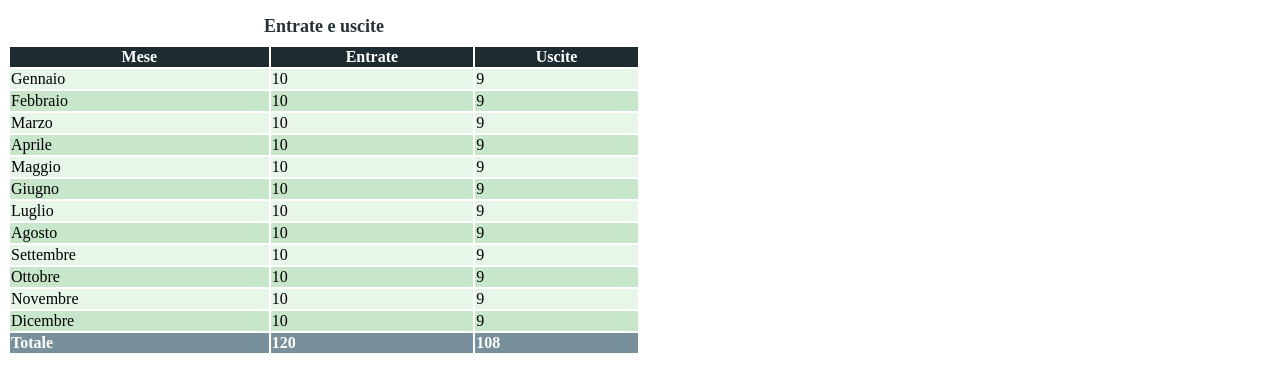
Repository: CryptoFamilyNFT/develhope
Page: css/tabellaCSS/index.html
An editor plug-in stored every save of this project. The page is shown before and after the next save, followed by the edit.
The browser window is 1280 px wide. The pictures show the whole page.

Above is the page before, as saved 2024-11-08 12:04:08.

### css/tabellaCSS/index.html
<!DOCTYPE html>
<html>

<head>
    <meta http-equiv="X-UA-Compatible" content="IE=edge" />
    <meta charset="utf-8" />
    <meta name="viewport" content="width=device-width, initial-scale=1.0, maximum-scale=1.0, user-scalable=no" />
    <title>Lezione CSS</title>
    <link rel="stylesheet" href="style.css" />
</head>

<body>
    <table>
        <caption>Entrate e uscite</caption>
        <thead>
            <tr>
                <th>Mese</th>
                <th>Entrate</th>
                <th>Uscite</th>
            </tr>
        </thead>
        <tbody>
            <tr>
                <td>Gennaio</td>
                <td>10</td>
                <td>9</td>
            </tr>
            <tr>
                <td>Febbraio</td>
                <td>10</td>
                <td>9</td>
            </tr>
            <tr>
                <td>Marzo</td>
                <td>10</td>
                <td>9</td>
            </tr>
            <tr>
                <td>Aprile</td>
                <td>10</td>
                <td>9</td>
            </tr>
            <tr>
                <td>Maggio</td>
                <td>10</td>
                <td>9</td>
            </tr>
            <tr>
                <td>Giugno</td>
                <td>10</td>
                <td>9</td>
            </tr>
            <tr>
                <td>Luglio</td>
                <td>10</td>
                <td>9</td>
            </tr>
            <tr>
                <td>Agosto</td>
                <td>10</td>
                <td>9</td>
            </tr>
            <tr>
                <td>Settembre</td>
                <td>10</td>
                <td>9</td>
            </tr>
            <tr>
                <td>Ottobre</td>
                <td>10</td>
                <td>9</td>
            </tr>
            <tr>
                <td>Novembre</td>
                <td>10</td>
                <td>9</td>
            </tr>
            <tr>
                <td>Dicembre</td>
                <td>10</td>
                <td>9</td>
            </tr>

        </tbody>
        <tfoot>
            <tr>
                <td>Totale</td>
                <td>120</td>
                <td>108</td>
            </tr>
        </tfoot>
    </table>

</body>

</html>

### css/tabellaCSS/style.css
table {
    border:  1px di colore #263238;
    width: 50%;
}

table > caption {
    font-size: 18px;
    font-weight: bold;
    color: #263238;
    padding: 8px;
}

table > thead > tr,th {
    background-color: #1e2c32;
    color: white;
    font-weight: 700;
}

tr {
    background-color: transparent;
}

tr:nth-child(even) {
    background-color: #c8e6c9;
}
tr:nth-child(odd) {
    background-color: #e8f5e9;
}

tbody > td:first-child {
    background-color: #003300;
}

tfoot > tr:last-child {
    background-color: #78909c;
    color: white;
    font-weight: 800;
}

After the next save:
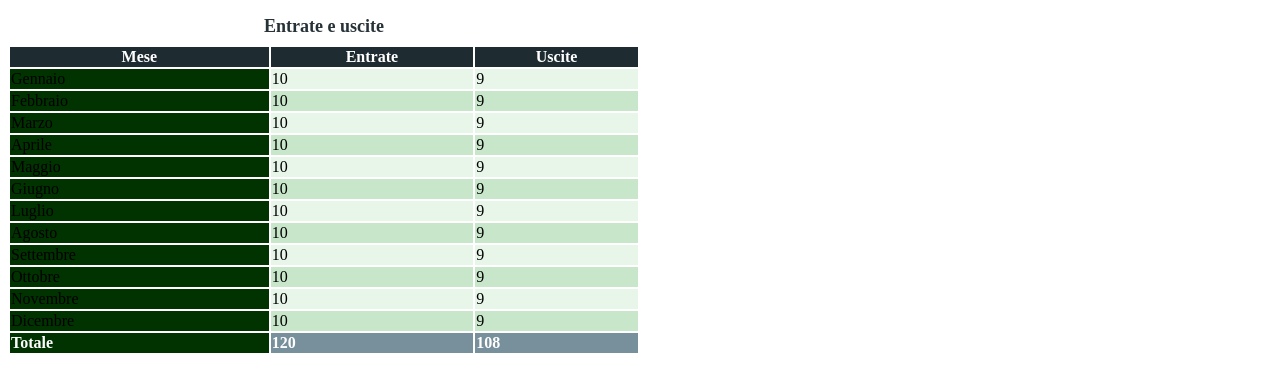
Saved 5 s later.
--- a/css/tabellaCSS/style.css
+++ b/css/tabellaCSS/style.css
@@ -27,7 +27,7 @@ tr:nth-child(odd) {
     background-color: #e8f5e9;
 }
 
-tbody > td:first-child {
+tbody > tr,td:first-child {
     background-color: #003300;
 }
 
